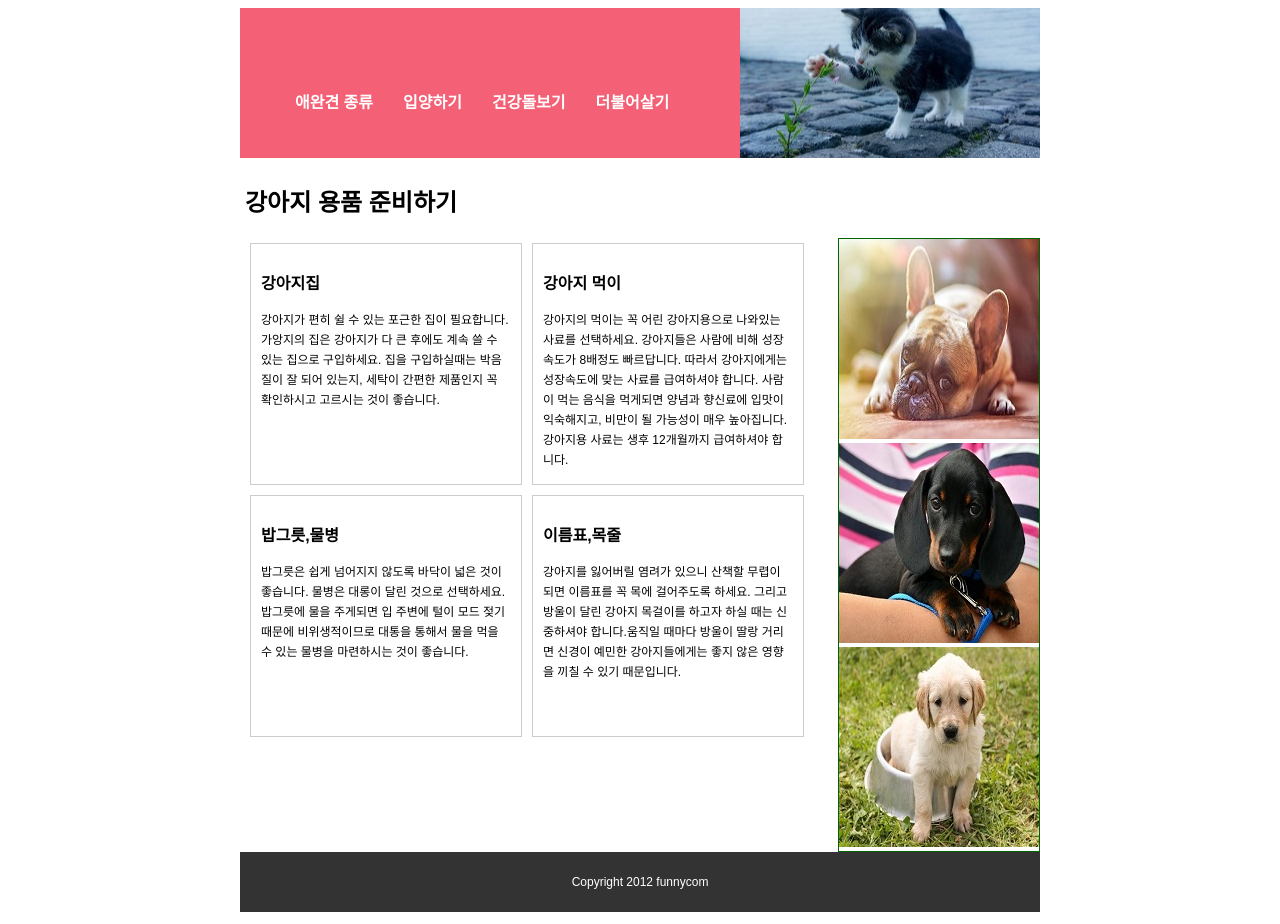
Repository: woosungtae/html_css
Page: pro01/public/div-tag.html
An editor plug-in stored every save of this project. The page is shown before and after the next save, followed by the edit.
The browser window is 1280 px wide. The pictures show the whole page.
Some web fonts or font styles are not loaded; a fallback is used.

Above is the page before, as saved 2022-12-07 07:37:55.

### pro01/public/div-tag.html
<!DOCTYPE html>
<html lang="ko">
<head>
<meta charset="utf-8">
<title>HTML5 레이아웃</title>
<style>
@import url('https://fonts.googleapis.com/css2?family=Nanum+Gothic&display=swap');
body{ font-family: 'Nanum Gothic', sans-serif;}

#wrapper{
     width:800px;
     margin: 0 auto;
}
header{
     width:100%;
     height:150px;
     background-color: #F46075;
     background-image:url(images/pic1.jpg);
     background-repeat: no-repeat;
     background-position:right center;
     }
 header nav{
    float:left;
    width:70%;
    margin-top:50px;
    }
 nav ul{
   list-style-type:none;
 }
 nav ul li{
   display:inline;
   float:left;
   font-weight:bold;
   margin:15px;
   }
  nav ul li a {
  color:white;
  text-decoration:none;
  }
  footer p{
  padding:20px;
  }
  h1{font-size:2em;}
  h2{font-size:1.5em;}
  h3{font-size:1.0em;}
  p{
  line-height:20px;
  font-size:12px;
  }
  section{
  float:left;
  width:580px;
  padding:5px;
  }
  section article{
  float:left;
  width:250px;
  height:220px;
  margin:5px;
  padding:10px;
  border:1px solid #ccc;
  }
  aside{
  float:right;
  width:200px;
  height:auto;
  margin-top:80px;
  border:1px solid darkgreen;
  text-align:center;
  }
  footer{
  clear:both;
  width:800px;
  margin-bottom:0;
  background-color:#333;
  color:white;
  text-align:center;}
  .at1, .at2, .at3, .at4{
  transition:2s;
}
.at1:hover{
background-color:#cf9;
border:1px solid green;}
.at2:hover{
  background-color:#a2d0ff;
  border:1px solid blue;}
 .at3:hover{
  background-color:#ebcbfe;
  border:1px solid purple;}
  .at4:hover{
  background-color:#fc3;
  border:1px solid red;
  }

</style>
</head>
<body>
 <div id="wrapper">
  <header>
    <nav>
   <ul>
  	<li><a href="#">애완견 종류</a></li>
  	<li><a href="#">입양하기</a></li>
	<li><a href="#">건강돌보기</a></li>
	<li><a href="#">더불어살기</a></li>
   </ul>
    </nav>
  </header>
  <section>
    <h2>강아지 용품 준비하기</h2>
    <article class="at1">
    <h3>강아지집</h3>
    <p>강아지가 편히 쉴 수 있는 포근한 집이 필요합니다. 가앙지의 집은 강아지가 다 큰 후에도 계속 쓸 수 있는 집으로 구입하세요.
    집을 구입하실때는 박음질이 잘 되어 있는지, 세탁이 간편한 제품인지 꼭 확인하시고 고르시는 것이 좋습니다.</p>
    </article>
       <article class="at2">
    <h3>강아지 먹이</h3>
    <p>강아지의 먹이는 꼭 어린 강아지용으로 나와있는 사료를 선택하세요. 강아지들은 사람에 비해 성장속도가 8배정도 빠르답니다.
    따라서 강아지에게는 성장속도에 맞는 사료를 급여하셔야 합니다. 사람이 먹는 음식을 먹게되면 양념과 향신료에 입맛이 익숙해지고,
    비만이 될 가능성이 매우 높아집니다. 강아지용 사료는 생후 12개월까지 급여하셔야 합니다.</p>
    </article>
       <article class="at3">
    <h3>밥그릇,물병</h3>
    <p>밥그릇은 쉽게 넘어지지 않도록 바닥이 넓은 것이 좋습니다. 물병은 대롱이 달린 것으로 선택하세요.
    밥그릇에 물을 주게되면 입 주변에 털이 모드 젖기 때문에 비위생적이므로 대통을 통해서 물을 먹을 수 있는 물병을 마련하시는 것이 좋습니다.</p>
    </article>
       <article class="at4">
    <h3>이름표,목줄</h3>
    <p>강아지를 잃어버릴 염려가 있으니 산책할 무렵이 되면 이름표를 꼭 목에 걸어주도록 하세요.
    그리고 방울이 달린 강아지 목걸이를 하고자 하실 때는 신중하셔야 합니다.움직일 때마다 방울이 딸랑 거리면 신경이 예민한 강아지들에게는
    좋지 않은 영향을 끼칠 수 있기 때문입니다.</p>
    </article>
   </section>
   <aside>
           <img src="images/dog1.jpg" alt="1">
           <img src="images/dog2.jpg" alt="1">
           <img src="images/dog3.jpg" alt="1">
   </aside>
   <footer>
   <p>Copyright 2012 funnycom</p>
   </footer>
 </div>

</body>
</html>

After the next save:
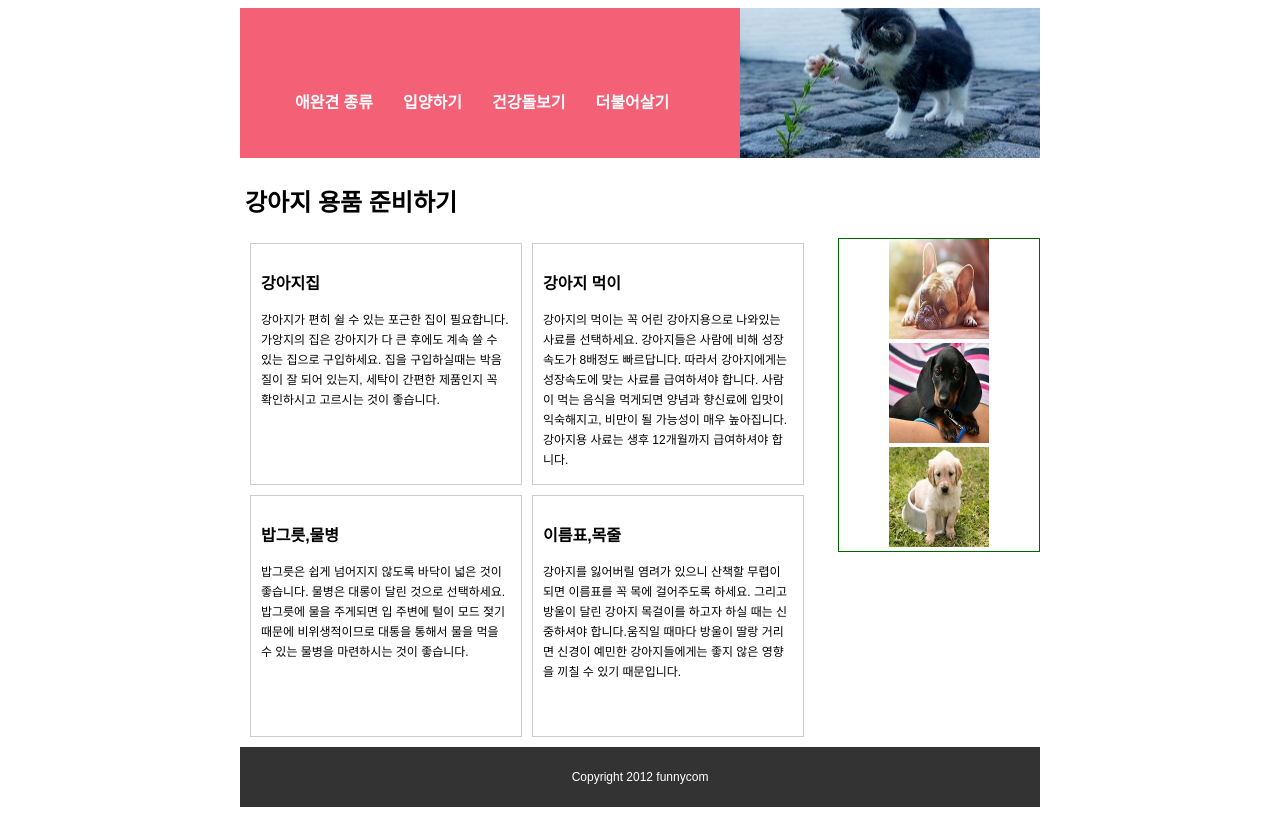
Saved 110 s later.
--- a/pro01/public/div-tag.html
+++ b/pro01/public/div-tag.html
@@ -91,7 +91,8 @@
   background-color:#fc3;
   border:1px solid red;
   }
-
+   img{
+   width:50%;}
 </style>
 </head>
 <body>

After the save that followed:
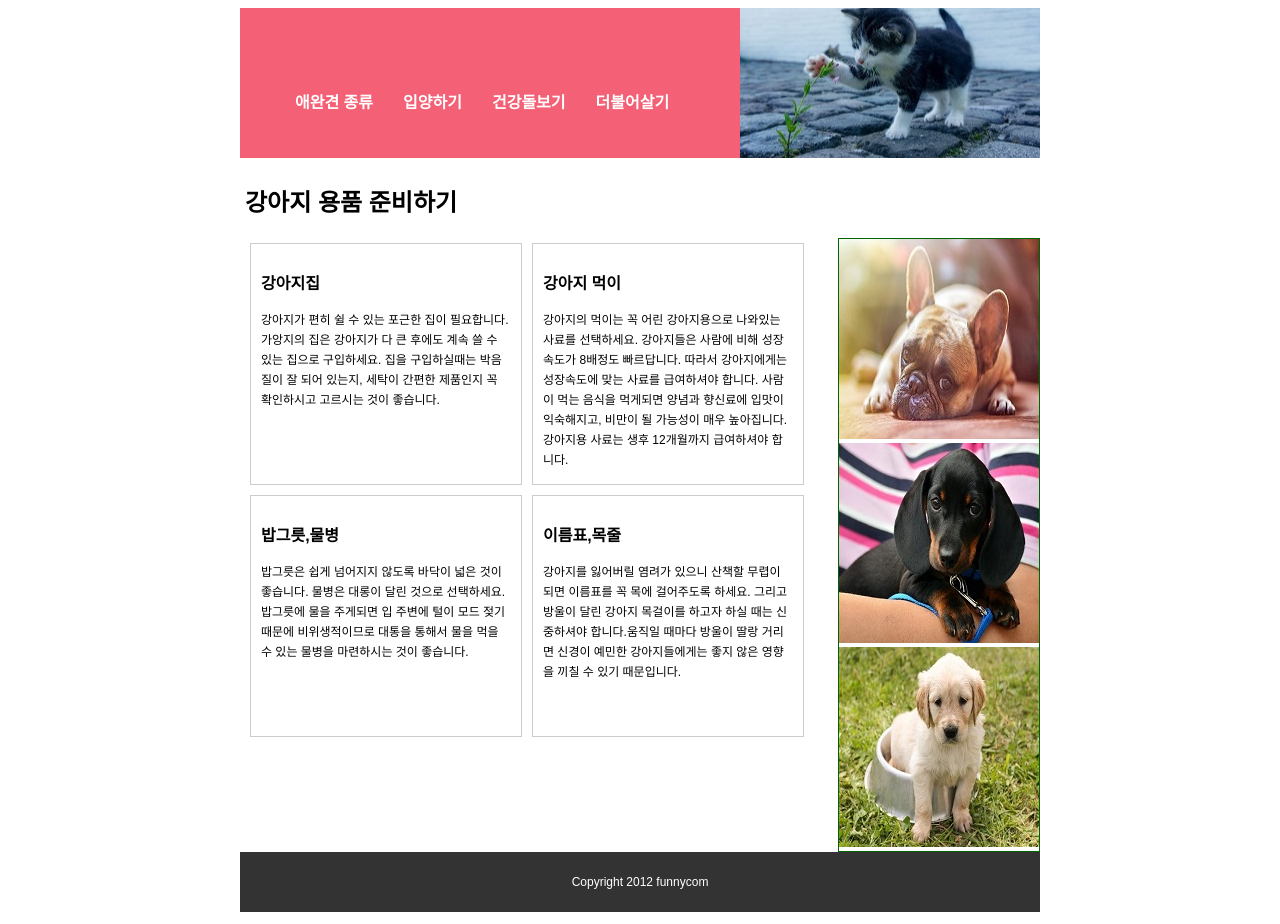
Saved 47 s later.
--- a/pro01/public/div-tag.html
+++ b/pro01/public/div-tag.html
@@ -91,8 +91,7 @@
   background-color:#fc3;
   border:1px solid red;
   }
-   img{
-   width:50%;}
+
 </style>
 </head>
 <body>
